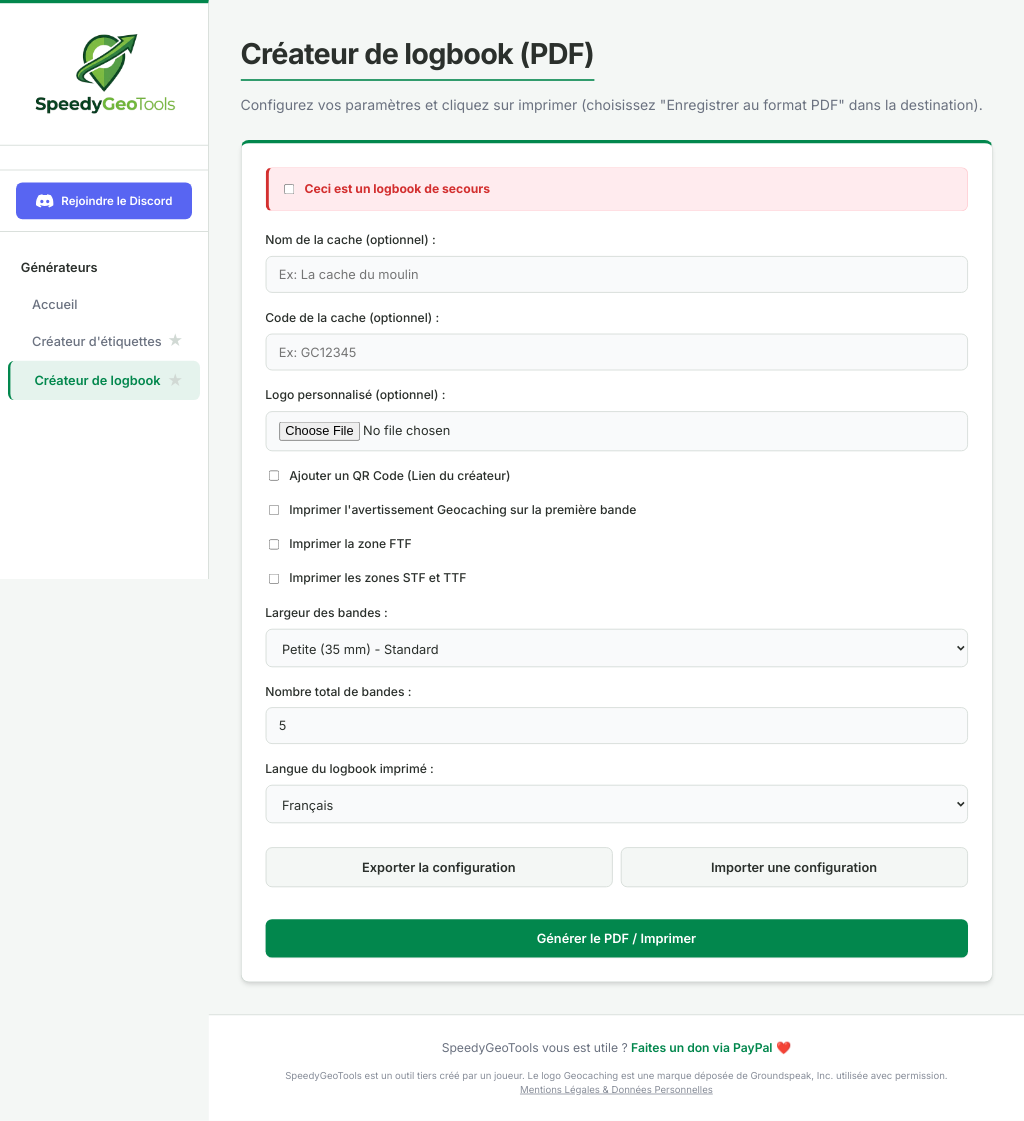
Repository: rodafux/SpeedyGeoTools
Page: logbook.html
An editor plug-in stored every save of this project. The page is shown before and after the next save, followed by the edit.
The browser window is 1280 px wide. The pictures show the whole page, at 80% of full size.

Above is the page before, as saved 2026-04-10 22:10:59.

After the next save:
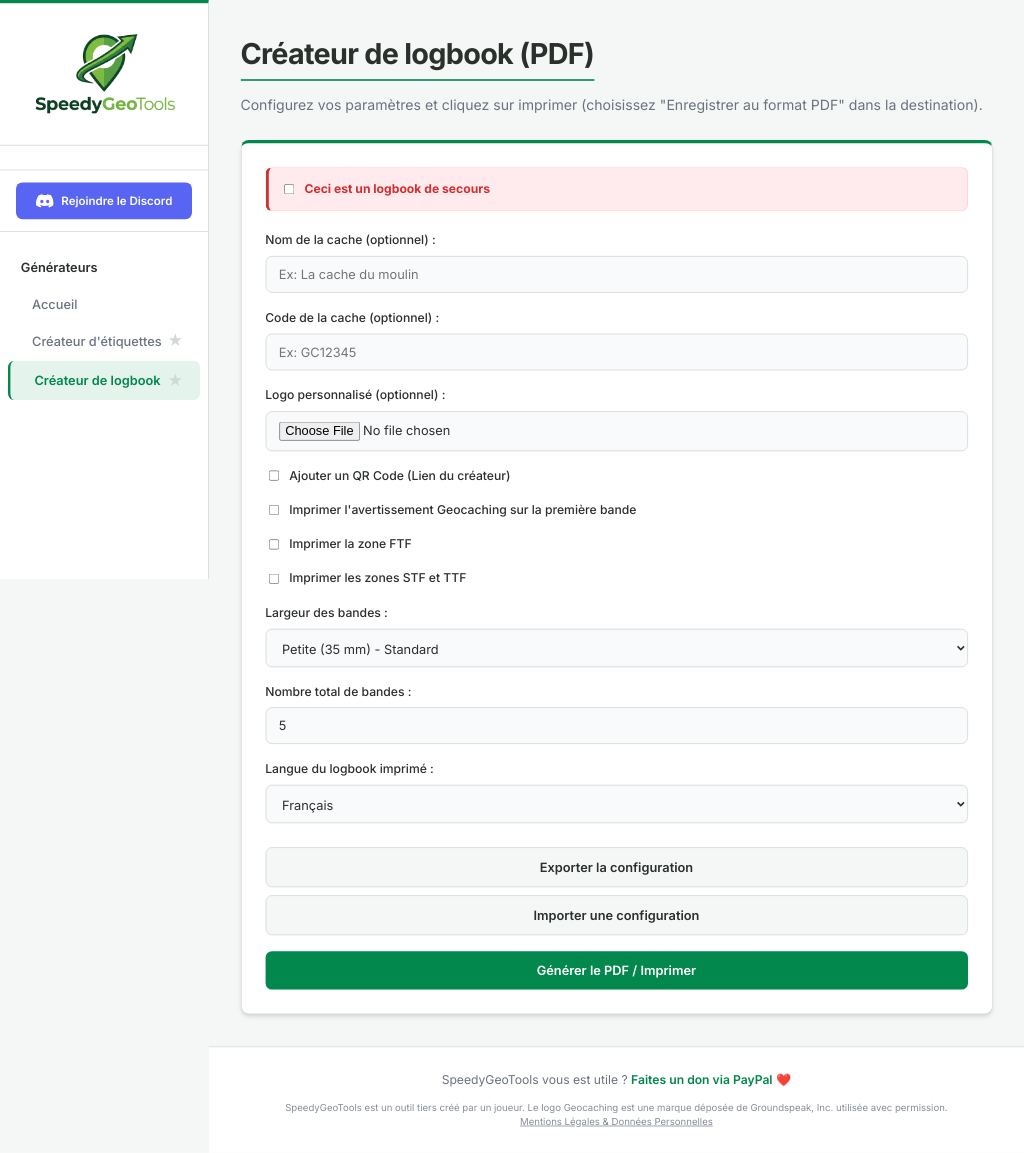
Saved 63 min 5 s later.
--- a/css/style.css
+++ b/css/style.css
@@ -65,19 +65,12 @@
 }
 .sidebar-nav a:hover { background-color: var(--bg-body); color: var(--text-main); }
 .sidebar-nav a.active { background-color: rgba(2, 135, 77, 0.1); color: var(--primary-color); font-weight: 600; border-left: 3px solid var(--primary-color); }
-.star-btn {
-    color: #d1d9d4; font-size: 1.2rem; cursor: pointer; transition: color 0.2s, transform 0.2s; padding: 0 5px;
-}
-.star-btn:hover {
-    color: var(--primary-color); transform: scale(1.2);
-}
-.star-btn.active {
-    color: var(--primary-color);
-}
+.star-btn { color: #d1d9d4; font-size: 1.2rem; cursor: pointer; transition: color 0.2s, transform 0.2s; padding: 0 5px; }
+.star-btn:hover { color: var(--primary-color); transform: scale(1.2); }
+.star-btn.active { color: var(--primary-color); }
+
 .app-content { flex: 1; display: flex; flex-direction: column; min-width: 0; min-height: 100vh; }
-.container {
-    padding: 40px 30px; max-width: 1000px; margin: 0 auto; flex: 1; width: 100%; box-sizing: border-box;
-}
+.container { padding: 40px 30px; max-width: 1000px; margin: 0 auto; flex: 1; width: 100%; box-sizing: border-box; }
 h1 { font-size: 2.25rem; font-weight: 700; color: var(--text-main); margin-top: 0; margin-bottom: 8px; letter-spacing: -0.025em; border-bottom: 2px solid var(--primary-color); display: inline-block; padding-bottom: 5px; }
 p.subtitle { font-size: 1.1rem; color: var(--text-muted); margin-bottom: 30px; margin-top: 10px; }
 .welcome-message {
@@ -100,6 +93,7 @@
 .tool-card:hover::before { transform: scaleY(1); }
 .tool-card h2 { margin-top: 0; color: var(--primary-color); font-size: 1.25rem; font-weight: 600; margin-bottom: 8px; }
 .tool-card p { margin: 0; color: var(--text-muted); font-size: 0.95rem; }
+
 .widget-container {
     margin-top: 40px; background-color: var(--bg-surface); border: 1px solid var(--border-color);
     border-radius: var(--radius); padding: 30px 24px; text-align: center; box-shadow: var(--shadow-sm); border-top: 4px solid var(--primary-color);
@@ -113,6 +107,29 @@
     flex: 1; background-color: var(--bg-surface); padding: 30px; border-radius: var(--radius);
     box-shadow: var(--shadow-md); border: 1px solid var(--border-color); border-top: 4px solid var(--primary-color);
 }
+
+/* Différenciation des blocs d'étiquettes créés dynamiquement */
+#cachesListContainer > div {
+    background-color: #f9fafb;
+    border: 1px solid var(--border-color);
+    border-left: 5px solid var(--primary-color);
+    padding: 20px;
+    margin-bottom: 20px;
+    border-radius: 8px;
+    box-shadow: var(--shadow-sm);
+    position: relative;
+    transition: box-shadow 0.2s ease;
+}
+#cachesListContainer > div:hover { box-shadow: var(--shadow-md); }
+#cachesListContainer > div:nth-child(even) {
+    background-color: #ffffff;
+    border-left: 5px solid var(--secondary-color);
+}
+#cachesListContainer > div h3 {
+    margin-top: 0; margin-bottom: 15px; color: var(--text-main); font-size: 1.1rem;
+    border-bottom: 1px solid var(--border-color); padding-bottom: 8px;
+}
+
 .form-group { margin-bottom: 20px; }
 .emergency-toggle { background-color: #ffebee; padding: 15px; border-radius: 8px; border: 1px solid #ffcdd2; margin-bottom: 25px; border-left: 4px solid #d32f2f; }
 .checkbox-group { display: flex; align-items: center; gap: 10px; }
@@ -127,6 +144,7 @@
 input[type="text"]:focus, input[type="number"]:focus, select:focus {
     outline: none; border-color: var(--primary-color); background-color: #fff; box-shadow: 0 0 0 3px rgba(2, 135, 77, 0.15);
 }
+
 button {
     width: 100%; background-color: var(--primary-color); color: white; border: none; padding: 14px 20px;
     font-size: 1rem; font-weight: 600; font-family: inherit; border-radius: 8px; cursor: pointer; transition: background-color 0.2s, transform 0.1s;
@@ -134,13 +152,12 @@
 }
 button:hover { background-color: var(--primary-hover); box-shadow: var(--shadow-md); }
 button:active { transform: scale(0.98); }
-.btn-secondary { background-color: var(--secondary-color) !important; }
+
+.btn-secondary { background-color: var(--secondary-color) !important; color: white !important; }
 .btn-secondary:hover { background-color: var(--secondary-hover) !important; }
 .btn-outline { background-color: var(--bg-body) !important; color: var(--text-main) !important; border: 1px solid var(--border-color) !important; box-shadow: none !important; }
 .btn-outline:hover { background-color: #e2e8f0 !important; }
-.import-export-section { display: flex; gap: 10px; margin-top: 20px; margin-bottom: 20px; }
-.import-export-section button { background-color: var(--bg-body); color: var(--text-main); border: 1px solid var(--border-color); box-shadow: none; }
-.import-export-section button:hover { background-color: #e2e8f0; }
+
 .site-footer {
     text-align: center; padding: 30px 20px; background-color: var(--bg-surface); border-top: 1px solid var(--border-color);
     color: var(--text-muted); font-size: 0.95rem; margin-top: auto;
